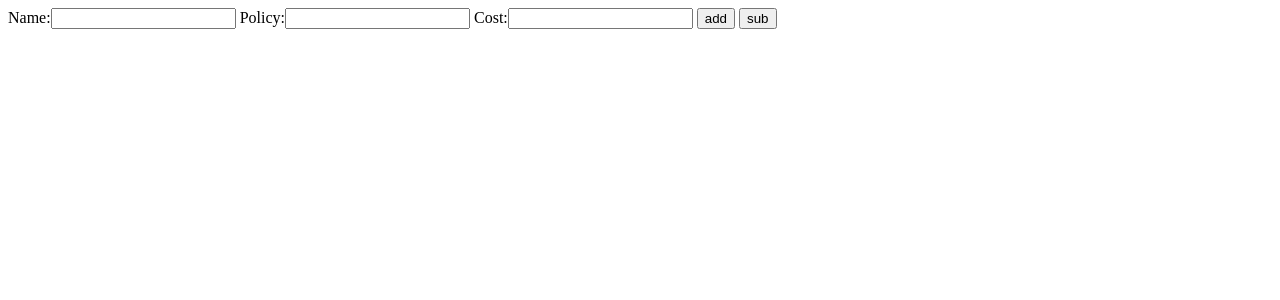
Repository: GOUTHAMREDDY1198/DBS_SPRING
Page: http://localhost/Insurance/
The author's editor kept a copy of each file at every save. The page is drawn from the files as they stood at one save, then again after the next save.
The browser window is 1280 px wide. The pictures show the whole page.
The page is served by Tomcat 9.

Above is the page before, as saved 2020-11-11 03:58:58.

After the next save:
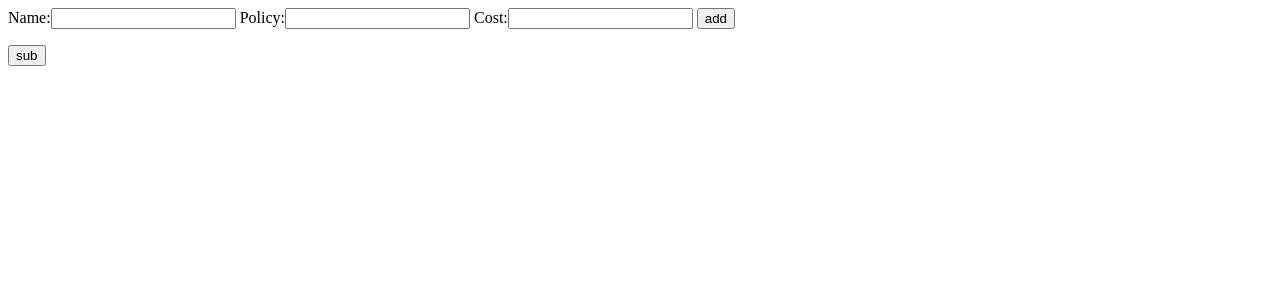
Saved 47 s later.
--- a/Insurance/WebContent/index.jsp
+++ b/Insurance/WebContent/index.jsp
@@ -3,5 +3,9 @@ Name:<input type="text" name="name"/>
 Policy:<input type="text" name="policy"/>
 Cost:<input type="text" name="cost"/>
 <input type="submit" value="add" />
+
+</form>
+
+<form action="submit" method="get" >
 <input type="submit" value="sub"/>
 </form>
